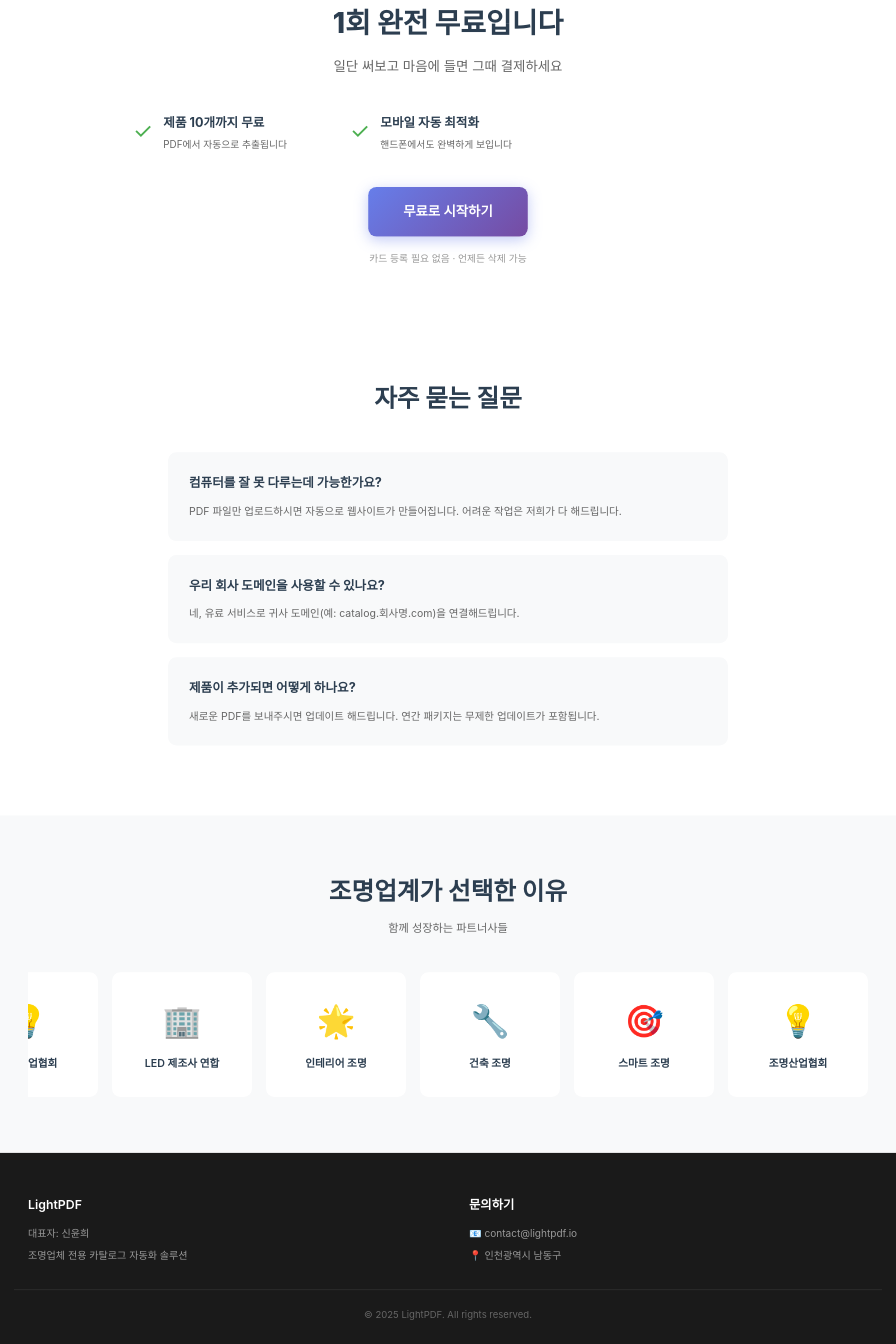
Repository: ororso11/catamaster
Page: frontend/public/index.html
An editor plug-in stored every save of this project. The page is shown before and after the next save, followed by the edit.
The browser window is 1280 px wide. The pictures show the part of the page from y = 1200 to 3120 px (the page is 3120 px tall before and 2974 px after), at 70% of full size.

Above is the page before, as saved 2025-10-05 19:06:42.

### frontend/public/index.html
<!DOCTYPE html>
<html lang="ko">
<head>
    <meta charset="UTF-8">
    <meta name="viewport" content="width=device-width, initial-scale=1.0">
    <title>LightPDF - 조명업체 전용 카탈로그 자동 웹사이트</title>
    <link rel="stylesheet" href="style.css">
</head>
<body>
    <header>
        <div class="header-container">
            <div class="logo">
                <div class="logo-icon">L</div>
                <span>LightPDF</span>
            </div>
        </div>
    </header>

    <section class="hero">
        <div class="hero-content">
            <h1>PDF 카탈로그를<br>웹사이트로 만들어드립니다</h1>
            <p class="subtitle">조명업체를 위한 가장 쉬운 디지털 전환</p>
            <p class="hero-desc">1회 무료로 경험해보세요. 마음에 드시면 그때 결제하세요.</p>
            <a href="dashboard.html" class="cta-button">지금 무료로 시작하기</a>

            <div class="process-container">
                <div class="process-card">
                    <div class="card-inner card-1">
                        <svg viewBox="0 0 300 180" xmlns="http://www.w3.org/2000/svg">
                            <rect fill="#fafafa" width="300" height="180"/>
                            <rect x="30" y="30" width="240" height="100" rx="8" fill="white" stroke="#ddd" stroke-width="2" stroke-dasharray="6,3"/>
                            <text class="upload-icon" x="150" y="80" text-anchor="middle" font-size="35">📄</text>
                            <text x="150" y="105" text-anchor="middle" fill="#666" font-size="11">PDF 업로드</text>
                            <rect x="120" y="115" width="60" height="20" rx="4" fill="#2196F3"/>
                            <text x="150" y="130" text-anchor="middle" fill="white" font-size="10">파일 선택</text>
                        </svg>
                    </div>
                    <div class="card-description">
                        <h3>1. PDF 올리기</h3>
                        <p>기존 카탈로그 PDF 파일만<br>업로드하시면 됩니다</p>
                    </div>
                </div>

                <div class="process-card">
                    <div class="card-inner card-2">
                        <svg viewBox="0 0 300 180" xmlns="http://www.w3.org/2000/svg">
                            <rect fill="#f5f5f5" width="300" height="180"/>
                            <rect x="30" y="40" width="240" height="45" rx="6" fill="white" stroke="#ddd"/>
                            <rect x="40" y="48" width="28" height="28" rx="3" fill="#e0e0e0"/>
                            <text x="75" y="60" fill="#333" font-size="11">조명카탈로그.pdf</text>
                            <text x="75" y="73" fill="#999" font-size="8">0.31 MB · 자동 변환중</text>
                            <rect x="40" y="105" width="220" height="5" rx="2.5" fill="#e0e0e0"/>
                            <rect class="progress-bar" x="40" y="105" width="0" height="5" rx="2.5" fill="#4CAF50"/>
                            <text class="processing-text" x="150" y="125" text-anchor="middle" fill="#4CAF50" font-size="9">자동 변환 중...</text>
                        </svg>
                    </div>
                    <div class="card-description">
                        <h3>2. 자동 변환</h3>
                        <p>제품 이미지와 정보를<br>자동으로 추출합니다</p>
                    </div>
                </div>

                <div class="process-card">
                    <div class="card-inner card-3">
                        <svg viewBox="0 0 300 180" xmlns="http://www.w3.org/2000/svg">
                            <rect fill="#222" width="300" height="28"/>
                            <text x="150" y="19" text-anchor="middle" fill="white" font-size="11">귀사 조명 카탈로그</text>
                            <rect x="8" y="28" width="284" height="144" fill="#fff"/>
                            <text x="150" y="52" text-anchor="middle" fill="#333" font-size="13" font-weight="bold">제품 목록</text>

                            <g class="product-1">
                                <rect x="25" y="65" width="60" height="85" rx="3" fill="#f5f5f5"/>
                                <rect x="25" y="65" width="60" height="55" rx="3" fill="#e0e0e0"/>
                                <text x="55" y="135" text-anchor="middle" fill="#666" font-size="8">LED 직부등</text>
                            </g>

                            <g class="product-2">
                                <rect x="95" y="65" width="60" height="85" rx="3" fill="#f5f5f5"/>
                                <rect x="95" y="65" width="60" height="55" rx="3" fill="#e0e0e0"/>
                                <text x="125" y="135" text-anchor="middle" fill="#666" font-size="8">매입등</text>
                            </g>

                            <g class="product-3">
                                <rect x="165" y="65" width="60" height="85" rx="3" fill="#f5f5f5"/>
                                <rect x="165" y="65" width="60" height="55" rx="3" fill="#e0e0e0"/>
                                <text x="195" y="135" text-anchor="middle" fill="#666" font-size="8">트랙조명</text>
                            </g>

                            <g class="checkmark">
                                <circle cx="270" cy="50" r="12" fill="#4CAF50"/>
                                <path d="M 265 50 L 268 53 L 275 46" stroke="white" stroke-width="1.5" fill="none"/>
                            </g>
                        </svg>
                    </div>
                    <div class="card-description">
                        <h3>3. 링크 전달</h3>
                        <p>웹사이트 링크를 받아<br>고객에게 바로 공유하세요</p>
                    </div>
                </div>
            </div>
        </div>
    </section>

    <!-- 무료 체험 강조 섹션 -->
    <section class="free-trial">
        <div class="trial-container">
            <div class="trial-content">
                <h2>1회 완전 무료입니다</h2>
                <p class="trial-subtitle">일단 써보고 마음에 들면 그때 결제하세요</p>

                <div class="trial-features">
                    <div class="trial-feature">
                        <div class="trial-icon">✓</div>
                        <div class="trial-text">
                            <h4>제품 10개까지 무료</h4>
                            <p>PDF에서 자동으로 추출됩니다</p>
                        </div>
                    </div>
                    <div class="trial-feature">
                        <div class="trial-icon">✓</div>
                        <div class="trial-text">
                            <h4>모바일 자동 최적화</h4>
                            <p>핸드폰에서도 완벽하게 보입니다</p>
                        </div>
                    </div>
                </div>

                <a href="dashboard.html" class="trial-btn">무료로 시작하기</a>
                <p class="trial-note">카드 등록 필요 없음 · 언제든 삭제 가능</p>
            </div>
        </div>
    </section>

    <!-- FAQ -->
    <section class="faq">
        <div class="faq-container">
            <h2 class="section-title">자주 묻는 질문</h2>

            <div class="faq-list">

                <div class="faq-item">
                    <h4>컴퓨터를 잘 못 다루는데 가능한가요?</h4>
                    <p>PDF 파일만 업로드하시면 자동으로 웹사이트가 만들어집니다. 어려운 작업은 저희가 다 해드립니다.</p>
                </div>

                <div class="faq-item">
                    <h4>우리 회사 도메인을 사용할 수 있나요?</h4>
                    <p>네, 유료 서비스로 귀사 도메인(예: catalog.회사명.com)을 연결해드립니다.</p>
                </div>

                <div class="faq-item">
                    <h4>제품이 추가되면 어떻게 하나요?</h4>
                    <p>새로운 PDF를 보내주시면 업데이트 해드립니다. 연간 패키지는 무제한 업데이트가 포함됩니다.</p>
                </div>
            </div>
        </div>
    </section>

    <section class="partners">
        <h2 class="section-title">조명업계가 선택한 이유</h2>
        <p class="section-subtitle">함께 성장하는 파트너사들</p>

        <div class="partners-slider">
            <div class="partners-track">
                <div class="partner-card"><div class="partner-logo">💡</div><div class="partner-name">조명산업협회</div></div>
                <div class="partner-card"><div class="partner-logo">🏢</div><div class="partner-name">LED 제조사 연합</div></div>
                <div class="partner-card"><div class="partner-logo">🌟</div><div class="partner-name">인테리어 조명</div></div>
                <div class="partner-card"><div class="partner-logo">🔧</div><div class="partner-name">건축 조명</div></div>
                <div class="partner-card"><div class="partner-logo">🎯</div><div class="partner-name">스마트 조명</div></div>
                <div class="partner-card"><div class="partner-logo">💡</div><div class="partner-name">조명산업협회</div></div>
                <div class="partner-card"><div class="partner-logo">🏢</div><div class="partner-name">LED 제조사 연합</div></div>
                <div class="partner-card"><div class="partner-logo">🌟</div><div class="partner-name">인테리어 조명</div></div>
            </div>
        </div>
    </section>

    <footer>
        <div class="footer-content">
            <div class="footer-section">
                <h3>LightPDF</h3>
                <p>대표자: 신윤희</p>
                <p>조명업체 전용 카탈로그 자동화 솔루션</p>
            </div>
            <div class="footer-section">
                <h3>문의하기</h3>
                <p>📧 contact@lightpdf.io</p>
                <p>📍 인천광역시 남동구</p>
            </div>
        </div>
        <div class="footer-bottom">
            <p>&copy; 2025 LightPDF. All rights reserved.</p>
        </div>
    </footer>
</body>
</html>

### frontend/public/style.css
* {
    margin: 0;
    padding: 0;
    box-sizing: border-box;
}

body {
    font-family: -apple-system, BlinkMacSystemFont, 'Segoe UI', 'Malgun Gothic', sans-serif;
    color: #333;
    line-height: 1.6;
    overflow-x: hidden;
}

/* Header */
header {
    background: white;
    padding: 20px 0;
    box-shadow: 0 2px 5px rgba(0,0,0,0.05);
    position: sticky;
    top: 0;
    z-index: 100;
}

.header-container {
    max-width: 1200px;
    margin: 0 auto;
    padding: 0 20px;
}

.logo {
    display: flex;
    align-items: center;
    gap: 10px;
    font-size: 1.3rem;
    font-weight: 700;
    color: #000;
}

.logo-icon {
    width: 40px;
    height: 40px;
    background: linear-gradient(135deg, #667eea, #764ba2);
    border-radius: 8px;
    display: flex;
    align-items: center;
    justify-content: center;
    color: white;
    font-size: 1.3rem;
}

/* Hero */
.hero {
    background: linear-gradient(135deg, #667eea 0%, #764ba2 100%);
    padding: 80px 20px 100px;
    text-align: center;
}

.hero-content {
    max-width: 1200px;
    margin: 0 auto;
}

.hero h1 {
    font-size: 3rem;
    font-weight: 800;
    margin-bottom: 15px;
    color: white;
    line-height: 1.3;
}

.subtitle {
    font-size: 1.4rem;
    color: rgba(255, 255, 255, 0.95);
    margin-bottom: 15px;
    font-weight: 600;
}

.hero-desc {
    font-size: 1.1rem;
    color: rgba(255, 255, 255, 0.9);
    margin-bottom: 35px;
}

.cta-button {
    display: inline-block;
    padding: 18px 45px;
    background: white;
    color: #667eea;
    text-decoration: none;
    border-radius: 10px;
    font-weight: 700;
    font-size: 1.1rem;
    transition: all 0.3s;
    box-shadow: 0 5px 20px rgba(0, 0, 0, 0.2);
    margin-bottom: 60px;
}

.cta-button:hover {
    transform: translateY(-3px);
    box-shadow: 0 8px 25px rgba(0, 0, 0, 0.3);
}

/* 프로세스 */
.process-container {
    margin-top: 70px;
    display: grid;
    grid-template-columns: repeat(3, 1fr);
    gap: 35px;
    max-width: 1200px;
    margin-left: auto;
    margin-right: auto;
}

.process-card {
    text-align: center;
}

.card-inner {
    background: white;
    border-radius: 16px;
    padding: 25px;
    box-shadow: 0 10px 40px rgba(0, 0, 0, 0.2);
    margin-bottom: 20px;
    transition: all 0.4s cubic-bezier(0.175, 0.885, 0.32, 1.275);
}

.card-1 {
    border: 3px solid #2196F3;
}

.card-2 {
    border: 3px solid #4CAF50;
}

.card-3 {
    border: 3px solid #FF9800;
}

.card-inner:hover {
    transform: translateY(-12px) scale(1.03);
    box-shadow: 0 20px 60px rgba(0, 0, 0, 0.3);
}

.card-inner svg {
    width: 100%;
    height: auto;
}

.card-description {
    background: rgba(255, 255, 255, 0.2);
    border-radius: 14px;
    padding: 22px;
    backdrop-filter: blur(12px);
}

.card-description h3 {
    color: white;
    font-size: 22px;
    font-weight: 800;
    margin-bottom: 10px;
}

.card-description p {
    color: rgba(255, 255, 255, 0.95);
    font-size: 15px;
    line-height: 1.6;
}

/* 애니메이션 */
.card-1:hover .upload-icon {
    animation: bounce 1s ease-in-out infinite;
}

@keyframes bounce {
    0%, 100% { transform: translateY(0); }
    50% { transform: translateY(-10px); }
}

.progress-bar {
    animation: fillProgress 2.5s ease-in-out infinite;
}

@keyframes fillProgress {
    0% { width: 0; }
    50% { width: 220px; }
    100% { width: 0; }
}

.processing-text {
    animation: blink 1.5s ease-in-out infinite;
}

@keyframes blink {
    0%, 100% { opacity: 0.3; }
    50% { opacity: 1; }
}

.product-1, .product-2, .product-3 {
    opacity: 0;
    animation: fadeIn 3s ease-in-out infinite;
}

.product-1 {
    animation-delay: 0s;
}

.product-2 {
    animation-delay: 0.4s;
}

.product-3 {
    animation-delay: 0.8s;
}

.checkmark {
    opacity: 0;
    animation: fadeIn 3s ease-in-out infinite;
    animation-delay: 1.5s;
}

@keyframes fadeIn {
    0%, 100% { opacity: 0; }
    30%, 70% { opacity: 1; }
}

/* 무료 체험 섹션 */
.free-trial {
    padding: 80px 20px;
    background: white;
}

.trial-container {
    max-width: 900px;
    margin: 0 auto;
    text-align: center;
}

.trial-content h2 {
    font-size: 2.5rem;
    font-weight: 800;
    color: #2c3e50;
    margin-bottom: 15px;
}

.trial-subtitle {
    font-size: 1.2rem;
    color: #666;
    margin-bottom: 50px;
}

.trial-features {
    display: grid;
    grid-template-columns: repeat(3, 1fr);
    gap: 30px;
    margin-bottom: 50px;
    text-align: left;
}

.trial-feature {
    display: flex;
    gap: 15px;
}

.trial-icon {
    font-size: 32px;
    color: #4CAF50;
    flex-shrink: 0;
}

.trial-text h4 {
    font-size: 18px;
    font-weight: 700;
    color: #2c3e50;
    margin-bottom: 5px;
}

.trial-text p {
    font-size: 14px;
    color: #666;
}

.trial-btn {
    display: inline-block;
    padding: 20px 50px;
    background: linear-gradient(135deg, #667eea, #764ba2);
    color: white;
    text-decoration: none;
    border-radius: 12px;
    font-weight: 700;
    font-size: 1.2rem;
    transition: all 0.3s;
    box-shadow: 0 5px 20px rgba(102, 126, 234, 0.4);
}

.trial-btn:hover {
    transform: translateY(-3px);
    box-shadow: 0 8px 30px rgba(102, 126, 234, 0.5);
}

.trial-note {
    margin-top: 20px;
    font-size: 14px;
    color: #999;
}

/* 유료 서비스 */
.paid-services {
    padding: 80px 20px;
    background: #f8f9fa;
}

.services-container {
    max-width: 1200px;
    margin: 0 auto;
}

.section-title {
    text-align: center;
    font-size: 2.2rem;
    color: #2c3e50;
    margin-bottom: 12px;
    font-weight: 700;
}

.section-subtitle {
    text-align: center;
    color: #666;
    margin-bottom: 50px;
    font-size: 1rem;
}

.services-grid {
    display: grid;
    grid-template-columns: repeat(4, 1fr);
    gap: 25px;
    margin-bottom: 60px;
}

.service-card {
    background: white;
    padding: 35px 25px;
    border-radius: 12px;
    text-align: center;
    box-shadow: 0 3px 15px rgba(0,0,0,0.08);
    transition: all 0.3s;
}

.service-card:hover {
    transform: translateY(-5px);
    box-shadow: 0 8px 25px rgba(0,0,0,0.12);
}

.service-icon {
    font-size: 48px;
    margin-bottom: 20px;
}

.service-card h3 {
    font-size: 18px;
    font-weight: 700;
    color: #2c3e50;
    margin-bottom: 12px;
}

.service-card p {
    font-size: 14px;
    color: #666;
    margin-bottom: 20px;
    line-height: 1.5;
}

.service-price {
    font-size: 20px;
    font-weight: 700;
    color: #667eea;
}

/* 패키지 */
.package-offer {
    max-width: 700px;
    margin: 0 auto;
}

.package-card {
    background: linear-gradient(135deg, #667eea, #764ba2);
    padding: 50px;
    border-radius: 16px;
    text-align: center;
    color: white;
    position: relative;
    box-shadow: 0 10px 40px rgba(102, 126, 234, 0.3);
}

.package-badge {
    position: absolute;
    top: -15px;
    left: 50%;
    transform: translateX(-50%);
    background: #FF9800;
    padding: 8px 24px;
    border-radius: 20px;
    font-weight: 700;
    font-size: 14px;
}

.package-card h3 {
    font-size: 28px;
    font-weight: 800;
    margin-bottom: 15px;
}

.package-card p {
    font-size: 16px;
    margin-bottom: 30px;
    opacity: 0.95;
}

.package-price {
    margin-bottom: 30px;
}

.price-main {
    display: block;
    font-size: 42px;
    font-weight: 800;
    margin-bottom: 8px;
}

.price-sub {
    font-size: 16px;
    opacity: 0.9;
}

.package-btn {
    display: inline-block;
    padding: 16px 40px;
    background: white;
    color: #667eea;
    text-decoration: none;
    border-radius: 10px;
    font-weight: 700;
    font-size: 16px;
    transition: all 0.3s;
}

.package-btn:hover {
    transform: translateY(-2px);
    box-shadow: 0 5px 20px rgba(255,255,255,0.3);
}

/* FAQ */
.faq {
    padding: 80px 20px;
    background: white;
}

.faq-container {
    max-width: 800px;
    margin: 0 auto;
}

.faq-list {
    margin-top: 50px;
}

.faq-item {
    background: #f8f9fa;
    padding: 30px;
    border-radius: 12px;
    margin-bottom: 20px;
}

.faq-item h4 {
    font-size: 18px;
    font-weight: 700;
    color: #2c3e50;
    margin-bottom: 12px;
}

.faq-item p {
    font-size: 15px;
    color: #666;
    line-height: 1.7;
}

/* Partners */
.partners {
    padding: 80px 20px;
    background: #f8f9fa;
    overflow: hidden;
}

.partners-slider {
    max-width: 1200px;
    margin: 0 auto;
    overflow: hidden;
}

.partners-track {
    display: flex;
    gap: 20px;
    animation: scroll 30s linear infinite;
}

@keyframes scroll {
    0% { transform: translateX(0); }
    100% { transform: translateX(-50%); }
}

.partner-card {
    min-width: 200px;
    background: white;
    padding: 35px 20px;
    border-radius: 12px;
    text-align: center;
    flex-shrink: 0;
}

.partner-logo {
    font-size: 2.8rem;
    margin-bottom: 12px;
}

.partner-name {
    font-weight: 600;
    color: #2c3e50;
    font-size: 0.95rem;
}

/* Footer */
footer {
    background: #1a1a1a;
    color: #999;
    padding: 60px 20px 30px;
}

.footer-content {
    max-width: 1200px;
    margin: 0 auto;
    display: grid;
    grid-template-columns: repeat(2, 1fr);
    gap: 60px;
    margin-bottom: 30px;
}

.footer-section h3 {
    margin-bottom: 15px;
    font-size: 1.1rem;
    color: white;
    font-weight: 600;
}

.footer-section p {
    color: #999;
    font-size: 0.9rem;
    margin-bottom: 8px;
}

.footer-bottom {
    text-align: center;
    padding-top: 25px;
    border-top: 1px solid #333;
    color: #666;
    font-size: 0.85rem;
}

/* 반응형 */
@media (max-width: 768px) {
    .hero h1 {
        font-size: 2rem;
    }

    .process-container {
        grid-template-columns: 1fr;
        gap: 40px;
    }

    .trial-features {
        grid-template-columns: 1fr;
    }

    .services-grid {
        grid-template-columns: 1fr;
    }

    .footer-content {
        grid-template-columns: 1fr;
    }
}

After the next save:
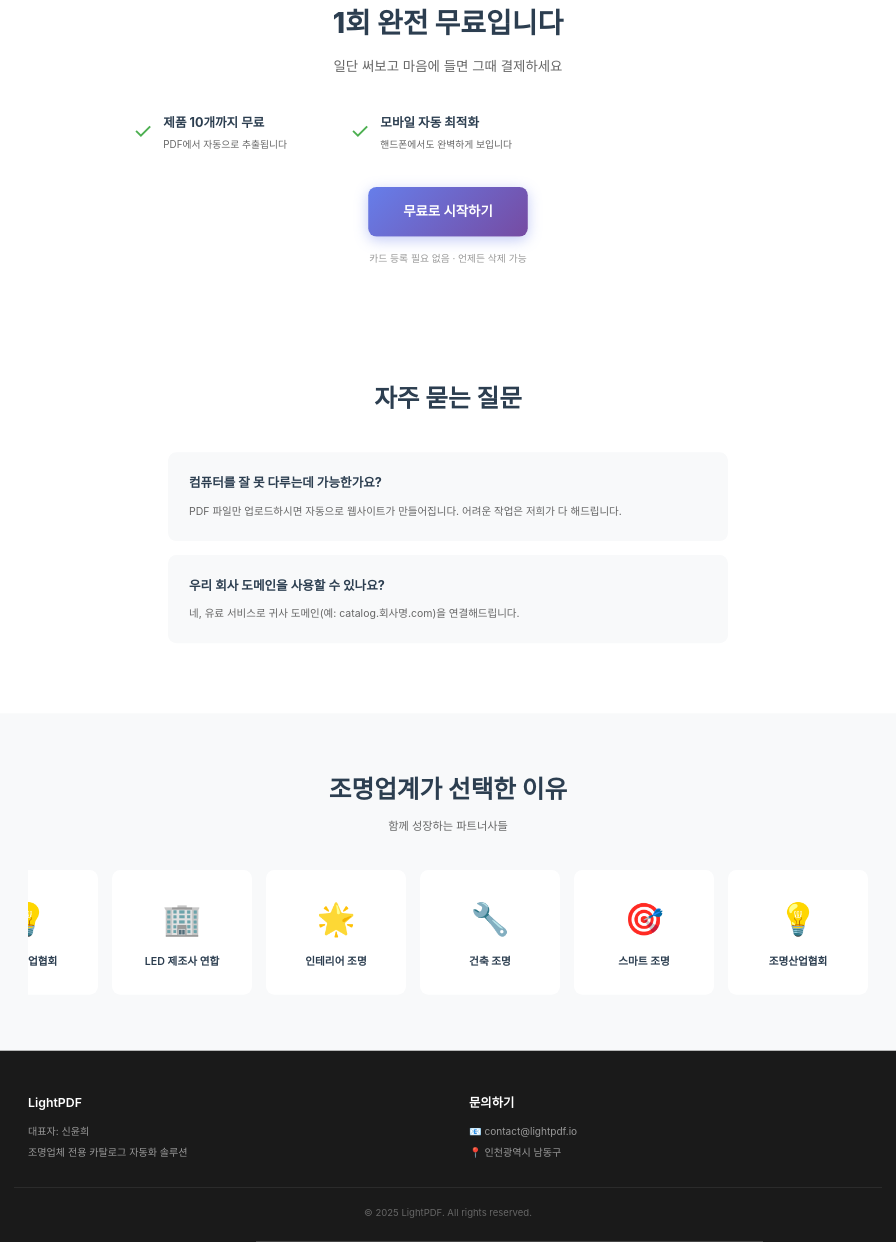
Saved 9 s later.
--- a/frontend/public/index.html
+++ b/frontend/public/index.html
@@ -147,11 +147,6 @@
                     <h4>우리 회사 도메인을 사용할 수 있나요?</h4>
                     <p>네, 유료 서비스로 귀사 도메인(예: catalog.회사명.com)을 연결해드립니다.</p>
                 </div>
-
-                <div class="faq-item">
-                    <h4>제품이 추가되면 어떻게 하나요?</h4>
-                    <p>새로운 PDF를 보내주시면 업데이트 해드립니다. 연간 패키지는 무제한 업데이트가 포함됩니다.</p>
-                </div>
             </div>
         </div>
     </section>
